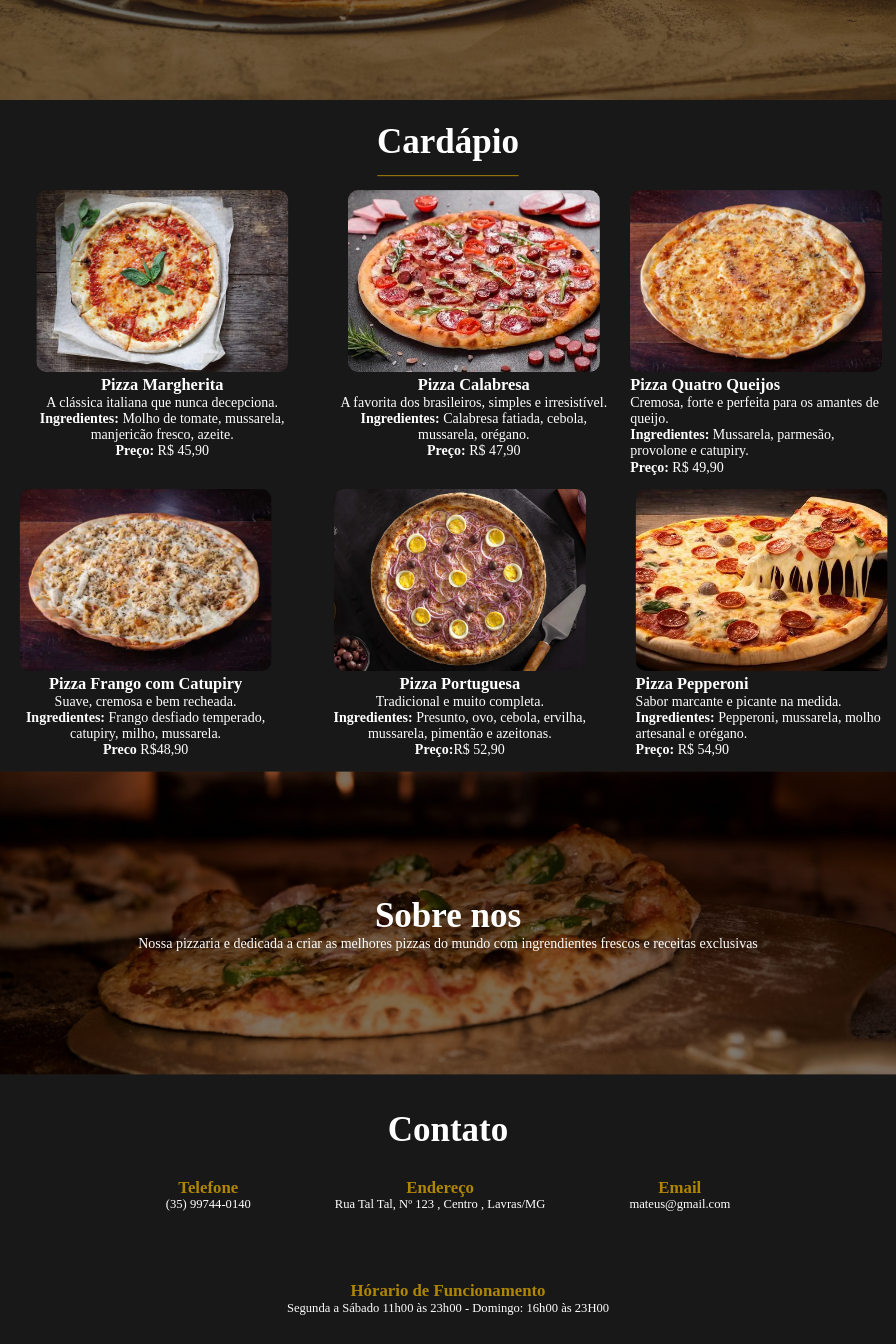
Repository: Mateushlp/landing-page-pizza
Page: index.html
An editor plug-in stored every save of this project. The page is shown before and after the next save, followed by the edit.
The browser window is 1280 px wide. The pictures show the part of the page from y = 842 to 2762 px (the page is 2953 px tall before and 3033 px after), at 70% of full size.

Above is the page before, as saved 2026-05-03 11:35:25.

### index.html
<!DOCTYPE html>
<html lang="en">
<head>
    <meta charset="UTF-8">
    <meta name="viewport" content="width=device-width, initial-scale=1.0">
    <link rel="stylesheet" href="style.css">
    <title>Document</title>
</head>
<body>
    <header>
        <nav>
            <ul>
                <li> <a href="http://"> Home</li></a>
                <li> <a href="http://">Cardapio</li></a>
                <li> <a href="http://">Sobre Nos</li></a>
                <li> <a href="http://">Contato</li></a>
            </ul>
        </nav>
    </header>

    <section class="inicio">
        <div class="texto">
        <h1>Bem vindo à Alessio's</h1>
        <p>Saborosas pizzas feitas </p>
        <button class="btn1">Ver Cardapio</button>
        </div>
    </section>

    <section class="cardapio">
        <h2 class="cardapio1">Cardápio</h2>
    </section>

    <div class="prato">
        <div class="pratos1">
            <img src="./img/margherita-pizza.jpg" alt="">
            <h3>Pizza Margherita</h3>
            <p> A clássica italiana que nunca decepciona. <br>
          <strong>Ingredientes:</strong>  Molho de tomate, mussarela, manjericão fresco, azeite. <br>
        <strong>Preço:</strong> R$ 45,90
    </p>
        </div>
            <div class="pratos2">
                <img src="./img/3140217-pizza-calabresa.jpg" alt="">
                <h3>Pizza Calabresa</h3>
                <p>A favorita dos brasileiros, simples e irresistível. <br>
                <strong>Ingredientes:</strong> Calabresa fatiada, cebola, mussarela, orégano. <br>
                    <strong>Preço:</strong> R$ 47,90
            </p>
            </div>
                <div class="pratos3">
                    <img src="./img/Quatro-Queijos.jpg" alt="">
                    <h3>Pizza Quatro Queijos</h3>
                    <p>Cremosa, forte e perfeita para os amantes de queijo. <br>
                    <strong>Ingredientes:</strong>  Mussarela, parmesão, provolone e catupiry. <br>
                        <strong>Preço: </strong>R$ 49,90
                </p>
                </div>
                </div>

                <div class="prato2">
                <div class="pratos1">
                    <img src="./img/Frango-com-Catupiry-2.jpg" alt="">
                    <h3>Pizza Frango com Catupiry</h3>
                    <p>Suave, cremosa e bem recheada. <br>
                   <strong>Ingredientes:</strong> Frango desfiado temperado, catupiry, milho, mussarela. <br>
                   <strong>Preco </strong> R$48,90
                </p>
                </div>
                <div class="pratos2">
                    <img src="./img/pizza-portuguesa.jpg" alt="">
                    <h3>Pizza Portuguesa</h3>
                    <p>Tradicional e muito completa. <br>
                   <strong>Ingredientes:</strong>  Presunto, ovo, cebola, ervilha, mussarela, pimentão e azeitonas. <br>
                    <strong>Preço:</strong>R$ 52,90
                </p>
                </div>
                <div class="pratos3">
                    <img src="./img/the-pepperoni-pizza-and-a-piece-of-streched-cheese-pizza-with-ai-generated-free-photo.jpg" alt="">
                    <h3>Pizza Pepperoni</h3>
                    <p>Sabor marcante e picante na medida. <br>
                  <strong>Ingredientes:</strong>   Pepperoni, mussarela, molho artesanal e orégano. <br>
                <strong>Preço:</strong> R$ 54,90</p>

                </div>
                </div>
                </div>




    <section class="sobre">
        <div class="sobre1">
        <h2>Sobre nos</h2>
        <p>Nossa pizzaria e dedicada a criar as melhores pizzas do mundo com ingrendientes frescos e receitas exclusivas</p>
    </div>
    </section>

<section id="contato" class="contato">
    <h2>Contato</h2>

    <div class="contato-info">
        <div class="box">
            <h3>Telefone</h3>
            <p>(35) 99744-0140</p>
        </div>

        <div class="box">
            <h3>Endereço</h3>
            <p>Rua Tal Tal, Nº 123 , Centro , Lavras/MG</p>
        </div>

        <div class="box">
            <h3>Email</h3>
            <p>mateus@gmail.com</p>
        </div>
            <div class="box">
                <h3>Hórario de Funcionamento</h3>
                <p>Segunda a Sábado 11h00 às 23h00 - Domingo: 16h00 às 23H00</p>
            </div>
    </div>
</section>
        <div class="pedir">
        <button class="btn2">Peca Agora Mesmo!</button>
        </div>


    <footer>
        <h2>&copy; 2025 Alessio's Pizzaria</h2>
    </footer>

</body>
</html>

### style.css
*{
    margin:0;
    padding: 0;
    box-sizing: border-box;
}
body{
    background-color: #181818;

}

nav ul {
    display: flex;
    gap: 25px;
    list-style: none;
    justify-content: center;
    font-size: 25px;
    padding: 10px;
     background: linear-gradient(to bottom, rgb(00, 0, 0), rgba(0,0,0,0.9));
}

nav ul a{
    text-decoration: none;
    color: #fff;
    margin-top: 10px;
}

nav ul a:hover{
    border-radius: 20px;
    background-color: #00000;
    color: #af8600;
}

.inicio{
     background:
        linear-gradient(rgba(0,0,0,0.5), rgba(0,0,0,0.5)),
        url(./img/background-meio.jpg);
    background-size: cover;
    background-position: center;
    height: 130vh;
}

.texto{
    display: flex;
    flex-direction: column;
    align-items: center;
    color: #fff;
    padding-top: 7%;
    padding-left: 6%;
    font-size: 40px;
}
.texto p{
    font-family: 'Lucida Sans', 'Lucida Sans Regular', 'Lucida Grande', 'Lucida Sans Unicode', Geneva, Verdana, sans-serif;
    font-size: 30px;

}
.btn1{
 background-color: #e2ae01;
 border-radius: 20px;
 font-size: 20px;
 margin-top: 30px;
 padding: 9px;
 cursor:pointer;
}
.btn1:hover{
background-color:#181818;
color: #e2ae01;
}
.cardapio{
    text-align: center;
    padding: 10px;
    font-size: 40px;
    color:#fff;
}
.cardapio1{
    display: inline-block;
    border-bottom: 1px solid #e2ae01;
    padding-top: 20px;
    padding-bottom:20px
}
.prato{
    margin: 10px;
    display: flex;
    gap: 30px;
    font-size: 20px;
    margin-bottom: 20px;
    color:#fff;
}

.prato2{
    margin: 10px;
    display: flex;
    gap: 30px;
    font-size: 20px;
    margin-bottom: 20px;
    color:#fff;
}


.prato img,
.prato2 img {
    width: 50vh;
    height: 260px;
    object-fit: cover;
    border-radius: 15px;

}
.pratos1,
.pratos2 {
    border-radius:20px
    width: 35%;
    text-align: center;
}

.sobre{
    background-image:
    linear-gradient(rgba(0,0,0,0.5), rgba(0,0,0,0.5)),
    url(./img/background.jpg);
    background-size: cover;
    background-position: center;
    height: 60vh; /* AUMENTE a altura */
    display: flex;
    flex-direction: column;
    justify-content: center; /* deixa no meio certinho */
    align-items: center;
    text-align: center;
}
}
.sobre1{
    display: flex;
    align-items: center;
    font-size: 40px;
    flex-direction: column;
    color: #fff;
}
.sobre1 ,h2{
    font-size:50px;
    color:#fff;
}
.sobre1 p{
    font-size: 20px;
    color:#fff;
}

.contato {
    padding: 50px 0;
    text-align: center;
    color:#fff;
}

.contato-info {
    display: flex;
    justify-content: center;
    gap: 60px;
    margin-top: 20px;
    flex-wrap: wrap;
    color:#fff;
}

.contato-info .box {

    padding: 20px 30px;
    border-radius: 15px;
    color:#fff;

}

.contato-info h3 {
    font-size: 24px;
    color: #af8600;

}

.contato-info p {
    font-size: 18px;
    color:#fff;
}

.pedir{
    display: flex;
    justify-content: center;
    align-items: center;
    text-align: center;
}
.btn2{
     background-color: #e2ae01;
 border-radius: 30px;
 font-size: 20px;
 margin-bottom: 20px;
 padding: 9px;
 cursor:pointer;

}
footer{
      background-color: #181818;
      color: #d4af37;
  text-align: center;
  padding: 20px;
  font-size: 14px;
}

After the next save:
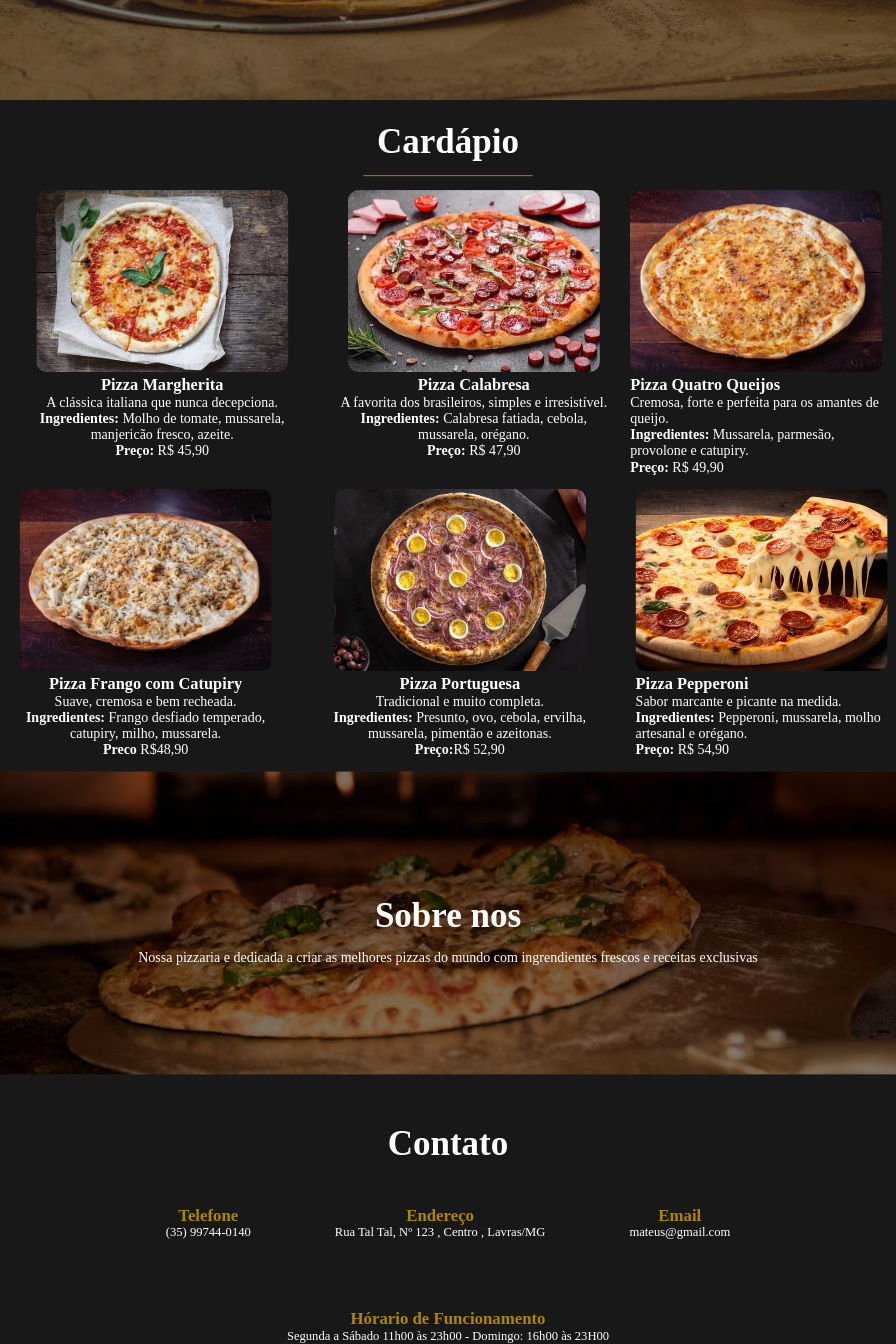
Saved 11 s later.
--- a/style.css
+++ b/style.css
@@ -135,6 +135,7 @@ color: #e2ae01;
 .sobre1 ,h2{
     font-size:50px;
     color:#fff;
+    padding:20px
 }
 .sobre1 p{
     font-size: 20px;
